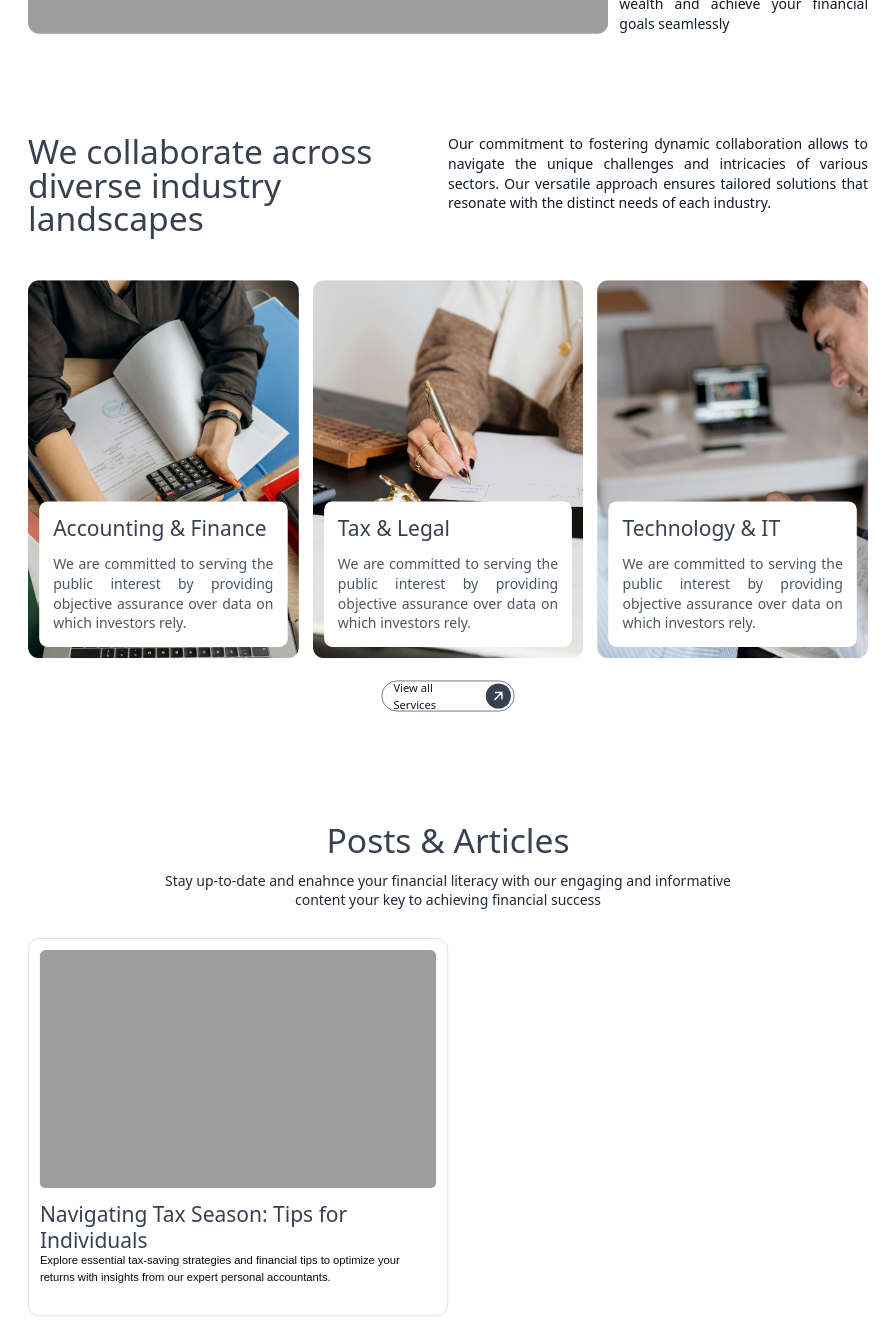
Repository: vespersolutionspk18/integrast-website
Page: /
The author's editor kept a copy of each file at every save. The page is drawn from the files as they stood at one save, then again after the next save.
The browser window is 1280 px wide. The pictures show the part of the page from y = 746 to 2666 px (the page is 2666 px tall), at 70% of full size.
Pictures or frames that could not be fetched are drawn as grey boxes. The project was rebuilt for these pictures with package versions that can differ from the ones it lists, and the page was loaded fresh each time. The framework's server and built-in components were replaced by stand-ins that run in the browser. Also part of the build but not shown: next.config.ts.

Above is the page before, as saved 2024-12-09 17:02:46.

### app/layout.tsx
import type { Metadata } from "next";
import localFont from "next/font/local";
import "./globals.css";

const geistSans = localFont({
  src: "./fonts/GeistVF.woff",
  variable: "--font-geist-sans",
  weight: "100 900",
});
const geistMono = localFont({
  src: "./fonts/GeistMonoVF.woff",
  variable: "--font-geist-mono",
  weight: "100 900",
});

export const metadata: Metadata = {
  title: "Integra Strategy",
  description: "-",
};

export default function RootLayout({
  children,
}: Readonly<{
  children: React.ReactNode;
}>) {
  return (
    <html lang="en">
      <body
        className={`${geistSans.variable} ${geistMono.variable} antialiased`}
      >
        {children}
      </body>
    </html>
  );
}

### app/page.tsx
import Image from "next/image";
import Header from "./Header";
import Hero from "./Hero";
import Services from "./Services";
import Postsart from "./Postsart";

export default function Home() {
  return (
    <div>
      <Header />
      <Hero />
      <Services />
      <Postsart />
    </div>
  );
}

### app/Hero.tsx
import React from 'react'
import ButtonArrowwhite from "@/public/assets/buttonarrowwhite.svg";
import ButtonArrow from "@/public/assets/buttonarrow.svg";
const Hero = () => {
  return (
    <div className="flex flex-col p-10 ">
        <div className="flex flex-row mt-24 h-[190px] gap-5 ">
            <div className="w-[55%] flex flex-col">
                <h1 className="font-light font-sans text-6xl text-gray-600">Unlock Prosperity, <span className="text-gray-800">Choose Expert Guidance</span></h1>
                <h4 className="text-xl font-sans font-light text-gray-900 mt-6">Embark on a transformative journey to financial prosperity with our personalized accountancy services</h4>
            </div>
            <div className="w-[45%] flex flex-col justify-between ">
                <h4 className="text-xl text-justify font-light font-sans text-gray-900">Unlock tailored strategies, benefit from insightful guidances, and follow a clear pathway to achieve your financial success. Elevate your financial journey with our dedicated support and expertise. Contact us today to start your journey towards financial freedom.</h4>
                <div className="flex flex-row gap-5 pt-10">
                <div>
                <div id="button"
  className="group  bg-white h-[44px] flex-row border-[1px] border-gray-700 text-gray-900 text-[16px] py-1 px-1 font-light rounded-full hidden md:flex items-center justify-between w-[170px] transition-width duration-500 ease-in-out  hover:w-[195px] hover:bg-gray-700 hover:border-gray-700 hover:text-white hover:cursor-pointer "

>
  <div className="mx-3 font-sans font-regular">Get In Touch</div>
  <div className="bg-gray-700 rounded-full h-[36px] w-[36px] flex items-center justify-center transition-transform duration-500 ease-in-out group-hover:rotate-45">
    <ButtonArrowwhite className="h-[24px] w-[24px]" />
  </div>
            </div>
                </div>
                <div>
                <div id="button"
  className="group  bg-gray-700 h-[44px] flex-row border-[1px] border-gray-700 text-white text-[16px] py-1 px-1 font-light rounded-full hidden md:flex items-center justify-between w-[170px] transition-width duration-500 ease-in-out  hover:w-[195px] hover:bg-white hover:border-gray-700 hover:text-gray-700 hover:cursor-pointer "

>
  <div className="mx-3 font-sans font-regular">Get a Quote</div>
  <div className="bg-white rounded-full h-[36px] w-[36px] flex items-center justify-center transition-transform duration-500 ease-in-out group-hover:rotate-45 group-hover:border-[1px] group-hover:border-gray-700">
    <ButtonArrow className="h-[24px] w-[24px]" />
  </div>
            </div>
                </div>

                </div>
            </div>
        </div>


        <div className="flex flex-row h-[380px] gap-4 mt-16">
            <div className="w-[70%] transition-all duration-500 ease-in-out hover:w-[90%] rounded-2xl bg-cover bg-center" style={{backgroundImage: `url('/assets/heroimage3.jpg')`}}></div>
            <div className="w-[30%] transition-all duration-500 ease-in-out hover:w-[40%] flex flex-col justify-between ">
                <div className="w-full h-full rounded-2xl bg-cover bg-center" style={{backgroundImage: `url('/assets/heroimage4.jpg')`}}></div>
                <h5 className="font-sans text-gray-900 text-justify text-xl mt-3  font-light">Tailored solutions, expert guidance, and strategic planning to secure your wealth and achieve your financial goals seamlessly</h5>
            </div>
        </div>
    </div>
  )
}

export default Hero

### app/Services.tsx
import React from 'react'
import ButtonArrowwhite from "@/public/assets/buttonarrowwhite.svg";
import ButtonArrow from "@/public/assets/buttonarrow.svg";
const Services = () => {
  return (
    <div className="flex flex-col p-10 mt-16 items-center ">
        <div className="flex flex-row items-start justify-start ">
            <div className="w-1/2 font-sans font-light text-5xl text-gray-700">We collaborate across diverse industry landscapes</div>
            <div className="w-1/2 font-sans text-gray-900 text-justify text-xl  font-light">Our commitment to fostering dynamic collaboration allows to navigate the unique challenges and intricacies of various sectors. Our versatile approach ensures tailored solutions that resonate with the distinct needs of each industry.</div>
        </div>
        <div className="flex flex-row gap-5 mt-16">
            <div className="rounded-2xl w-1/3 h-[540px] bg-cover bg-center flex items-end  " style={{backgroundImage: `url('/assets/audit.jpg')`}}>
            <div className="group">
  <div className="bg-white m-4  rounded-[12px] flex flex-col relative transition-all duration-500 ease-in-out hover:pb-[120px] min-h-[180px]">
    <h5 className="ml-5 mt-5 mr-5 mb-5 font-sans text-3xl text-gray-700 font-light">
      Accounting & Finance
    </h5>
    <p className="ml-5 mr-5 mb-5 text-justify font-sans font-light text-xl text-gray-600">
      We are committed to serving the public interest by providing objective assurance over data on which investors rely.
    </p>
    {/* Hidden div */}
    <div className="absolute bottom-5 left-5 text-xl font-sans font-light  text-gray-600 px-4 py-2 rounded-md opacity-0 invisible transition-all duration-500 group-hover:opacity-100 group-hover:visible hover:text-black hover:cursor-pointer  hover:underline">
      Learn More
    </div>
  </div>
</div>

</div>
            <div className="rounded-2xl w-1/3 h-[540px] bg-cover bg-center flex items-end" style={{backgroundImage: `url('/assets/tax.jpg')`}}>
            <div className="group">
  <div className="bg-white m-4  rounded-[12px] flex flex-col relative transition-all duration-500 ease-in-out hover:pb-[120px] min-h-[180px]">
    <h5 className="ml-5 mt-5 mr-5 mb-5 font-sans text-3xl text-gray-700 font-light">
      Tax & Legal
    </h5>
    <p className="ml-5 mr-5 mb-5 text-justify font-sans font-light text-xl text-gray-600">
      We are committed to serving the public interest by providing objective assurance over data on which investors rely.
    </p>
    {/* Hidden div */}
    <div className="absolute bottom-5 left-5 text-xl font-sans font-light  text-gray-600 px-4 py-2 rounded-md opacity-0 invisible transition-all duration-500 group-hover:opacity-100 group-hover:visible hover:text-black hover:cursor-pointer  hover:underline">
      Learn More
    </div>
  </div>
</div>
</div>
            <div className="rounded-2xl w-1/3 h-[540px] bg-cover bg-center flex items-end" style={{backgroundImage: `url('/assets/tech.jpg')`}}>
            <div className="group">
  <div className="bg-white m-4  rounded-[12px] flex flex-col relative transition-all duration-500 ease-in-out hover:pb-[120px] min-h-[180px]">
    <h5 className="ml-5 mt-5 mr-5 mb-5 font-sans text-3xl text-gray-700 font-light">
      Technology & IT
    </h5>
    <p className="ml-5 mr-5 mb-5 text-justify font-sans font-light text-xl text-gray-600">
      We are committed to serving the public interest by providing objective assurance over data on which investors rely.
    </p>
    {/* Hidden div */}
    <div className="absolute bottom-5 left-5 text-xl font-sans font-light  text-gray-600 px-4 py-2 rounded-md opacity-0 invisible transition-all duration-500 group-hover:opacity-100 group-hover:visible hover:text-black hover:cursor-pointer  hover:underline">
      Learn More
    </div>
  </div>
</div>
</div>
        </div>
        <div className="mt-8">
                <div id="button"
  className="group  bg-white h-[44px] flex-row border-[1px] border-gray-700 text-gray-900 text-[16px] py-1 px-1 font-light rounded-full hidden md:flex items-center justify-between w-[190px] transition-width duration-500 ease-in-out hover:cursor-pointer  hover:w-[215px] hover:bg-gray-700 hover:border-gray-700 hover:text-white "

>
  <div className="mx-3 font-sans font-regular">View all Services</div>
  <div className="bg-gray-700 rounded-full h-[36px] w-[36px] flex items-center justify-center transition-transform duration-500 ease-in-out group-hover:rotate-45">
    <ButtonArrowwhite className="h-[24px] w-[24px]" />
  </div>
            </div>
                </div>
    </div>
  )
}

export default Services

### app/Postsart.tsx
import React from 'react'

const Postsart = () => {
  return (
    <div className="w-full flex flex-col p-10 items-center mt-20">
        <h2 className="text-5xl font-sans text-gray-700 font-light">Posts & Articles</h2>
        <p className="font-sans text-xl text-gray-800 font-light text-center mt-5">Stay up-to-date and enahnce your financial literacy with our engaging and informative<br></br>content your key to achieving financial success</p>
        <div className="flex flex-row mt-10 gap-5 w-full">
            <div className="flex flex-col rounded-2xl w-1/2 h-[540px] border-[1px] p-4 border-gray-300">
            <div className="w-full h-[340px] rounded-[8px] bg-cover bg-center" style={{backgroundImage: `url('/assets/heroimage3.jpg')`}}></div>
            <h5 className="font-sans font-light text-3xl mt-5 text-gray-700">Navigating Tax Season: Tips for Individuals</h5>
            <p>Explore essential tax-saving strategies and financial tips to optimize your returns with insights from our expert personal accountants.</p>
            </div>
        </div>
    </div>
  )
}

export default Postsart

Loaded but not shown: app/globals.css (common file); app/Header.tsx (common file); tailwind.config.ts (common file)

After the next save:
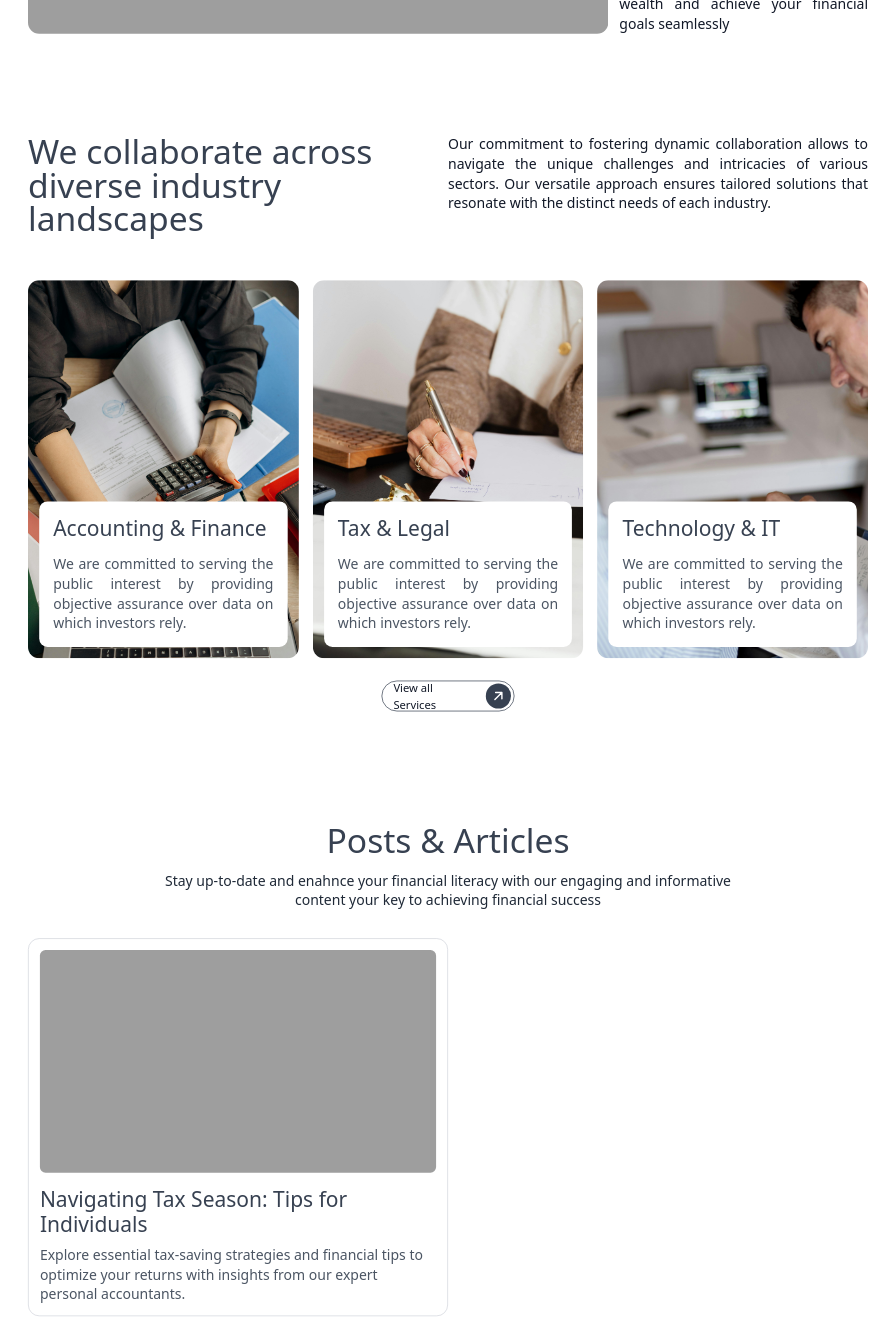
Saved 19 s later.
--- a/app/Postsart.tsx
+++ b/app/Postsart.tsx
@@ -9,7 +9,7 @@ const Postsart = () => {
             <div className="flex flex-col rounded-2xl w-1/2 h-[540px] border-[1px] p-4 border-gray-300">
             <div className="w-full h-[340px] rounded-[8px] bg-cover bg-center" style={{backgroundImage: `url('/assets/heroimage3.jpg')`}}></div>
             <h5 className="font-sans font-light text-3xl mt-5 text-gray-700">Navigating Tax Season: Tips for Individuals</h5>
-            <p>Explore essential tax-saving strategies and financial tips to optimize your returns with insights from our expert personal accountants.</p>
+            <p className="font-sans font-light text-gray-600 text-xl mt-3">Explore essential tax-saving strategies and financial tips to optimize your returns with insights from our expert personal accountants.</p>
             </div>
         </div>
     </div>
